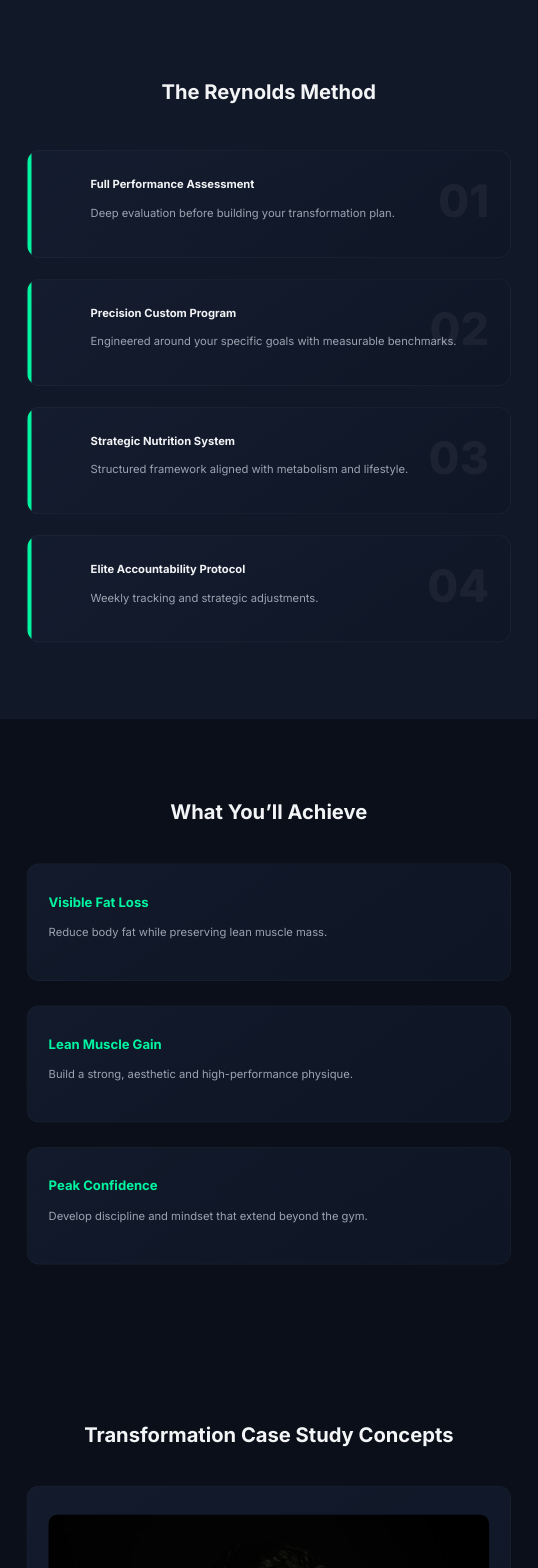
Repository: davidfsillva/Landing-page-pro
Page: index.html
The author's editor kept a copy of each file at every save. The page is drawn from the files as they stood at one save, then again after the next save.
The browser window is 768 px wide. The pictures show the part of the page from y = 3069 to 5309 px (the page is 10229 px tall before and 10189 px after), at 70% of full size.

Above is the page before, as saved 2026-02-26 18:52:31.

After the next save:
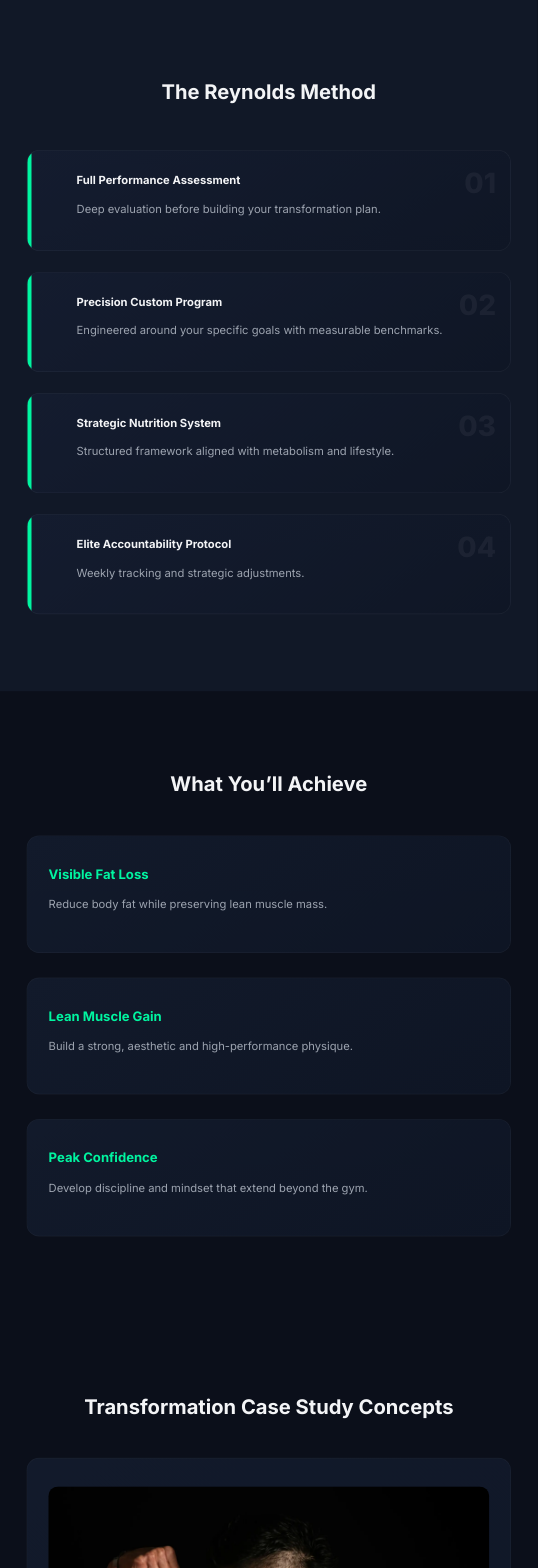
Saved 2 min 45 s later.
--- a/style.css
+++ b/style.css
@@ -464,4 +464,14 @@ a {
     .hero {
         background-position: center;
     }
-}
+
+      .method-item::after {
+    font-size: 2.5rem;
+    top: 15px;
+    right: 20px;
+  }
+
+  .method-item {
+    padding: 30px 25px 30px 70px;
+  }
+}
